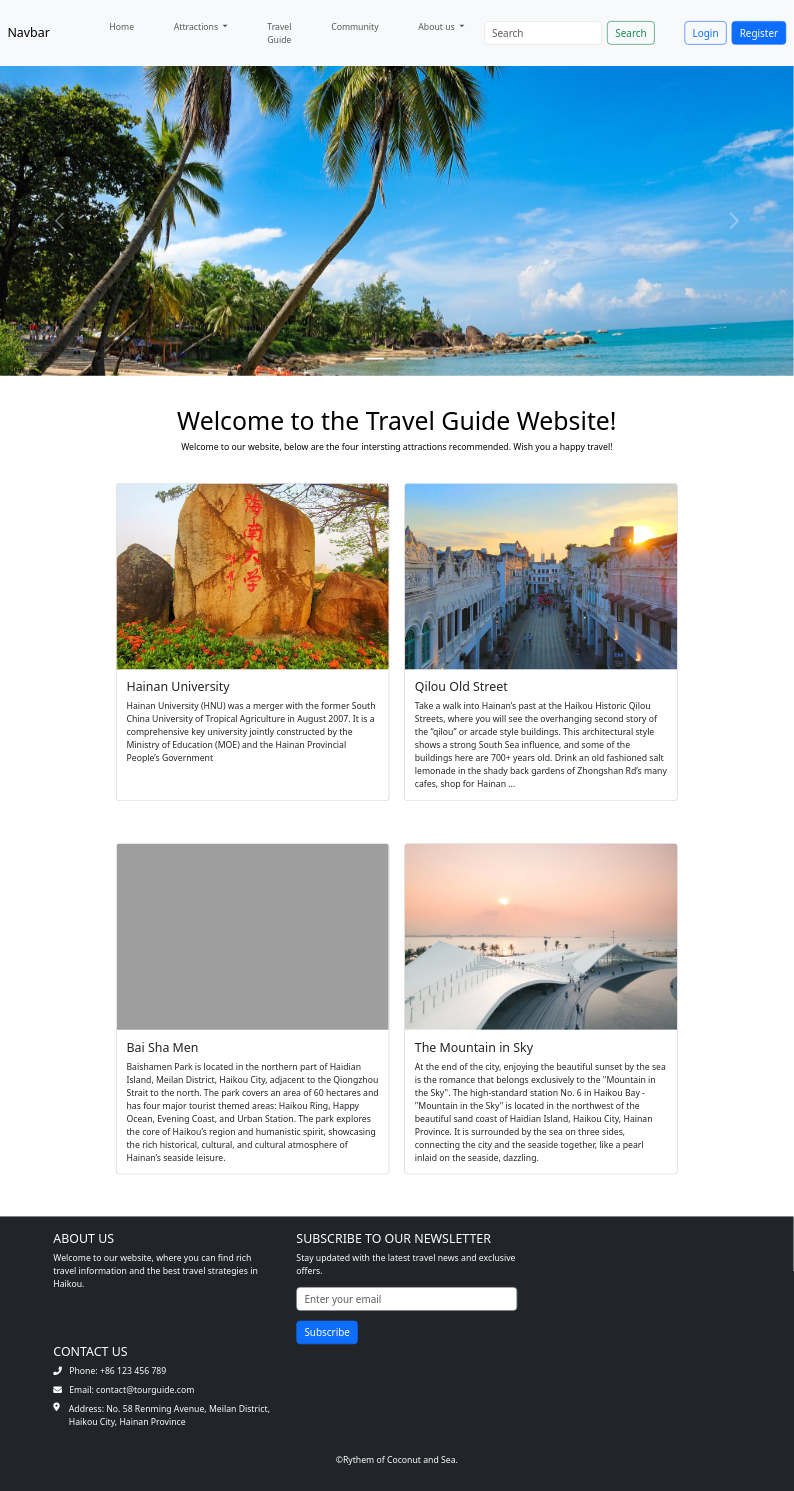
Repository: NIIT-RG6/web-project
Page: /
An editor plug-in stored every save of this project. The page is shown before and after the next save, followed by the edit.
The browser window is 1280 px wide. The pictures show the whole page, at 62% of full size.
Pictures or frames that could not be fetched are drawn as grey boxes. The project was rebuilt for these pictures with package versions that can differ from the ones it lists, and the page was loaded fresh each time. Also part of the build but not shown: vue.config.js, src/views/College.vue, src/views/Foods.vue, src/views/Park.vue, src/views/Sky.vue, src/views/Street.vue, src/views/StrategyHome.vue, src/views/StrategyBlog.vue and 6 more. Imported but missing from the stored project, and not drawn on this page: src/assets/js/vuetify.js.

Above is the page before, as saved 2024-10-25 03:42:38.

After the next save:
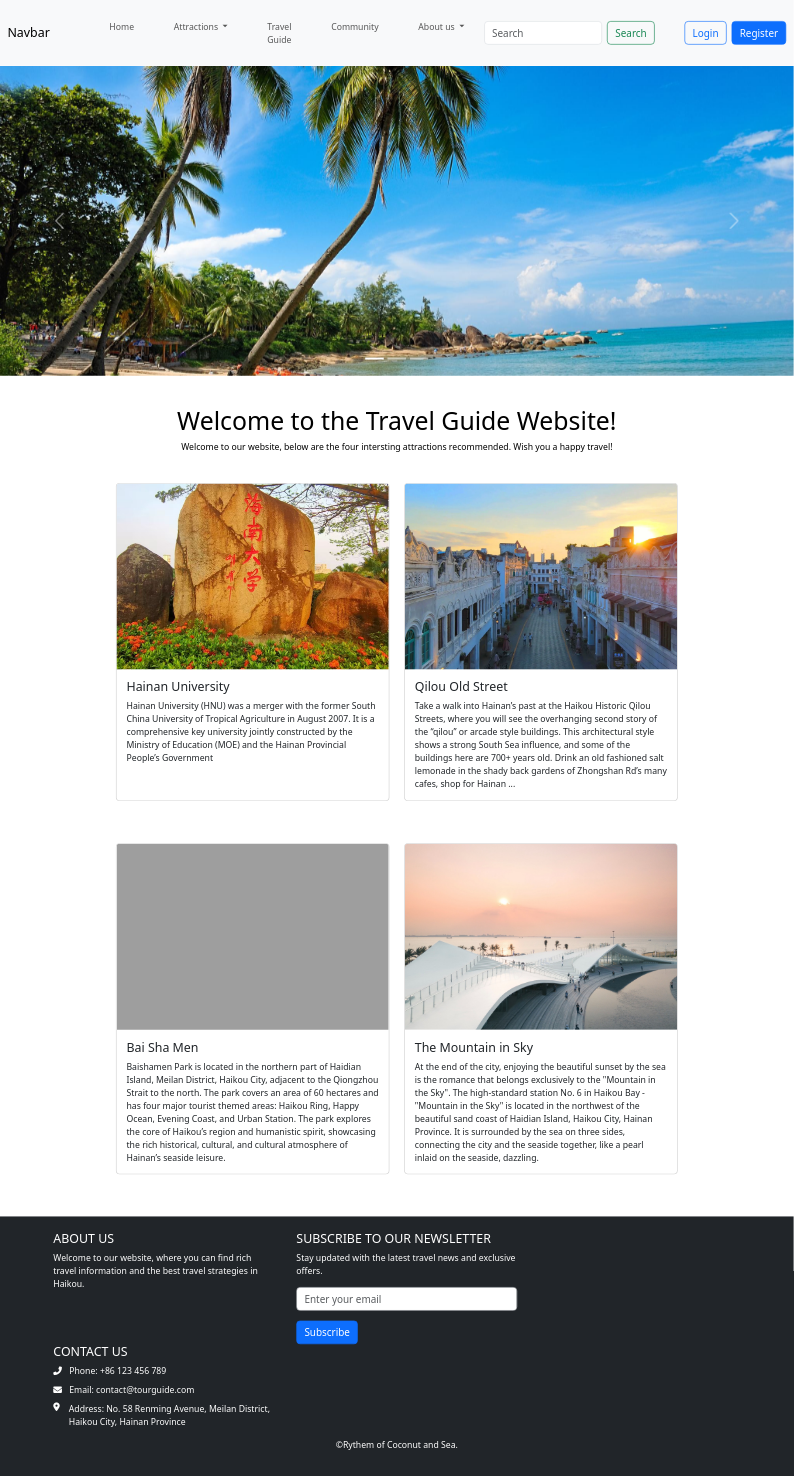
Saved 8 s later.
--- a/src/components/AppFooter.vue
+++ b/src/components/AppFooter.vue
@@ -40,7 +40,7 @@
                     </ul>
                 </div>
             </div>
-            <div class="row mt-4">
+            <div class="row mx-1">
                 <div class="col text-center">
                     <p>&copy;Rythem of Coconut and Sea. </p>
                 </div>
